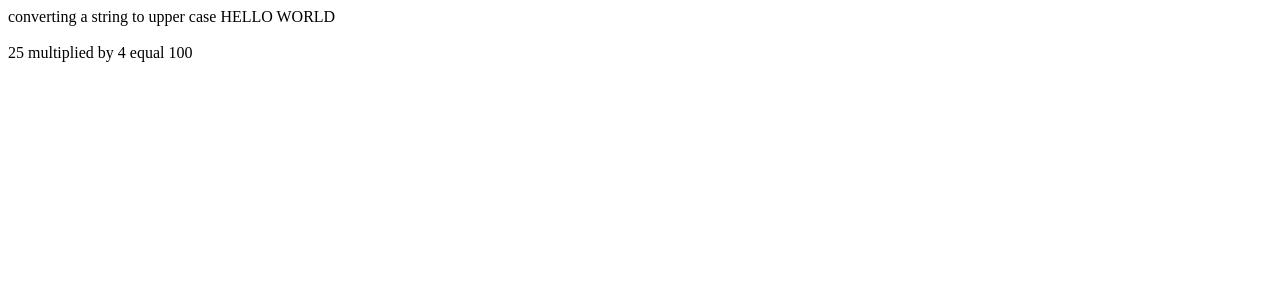
Repository: Ajinkya7777/Spring_Core
Page: http://localhost/jspdemo/expressiontest.jsp
The author's editor kept a copy of each file at every save. The page is drawn from the files as they stood at one save, then again after the next save.
The browser window is 1280 px wide. The pictures show the whole page.
The page is served by Tomcat 9. Other server files are loaded and not shown.

Above is the page before, as saved 2023-01-20 10:29:26.

### eclipse-workspace/jspdemo/WebContent/expressiontest.jsp
<%@ page language="java" contentType="text/html; charset=ISO-8859-1"
    pageEncoding="ISO-8859-1"%>
<!DOCTYPE html>
<html>
<head>
<meta charset="ISO-8859-1">
<title>Insert title here</title>
</head>
<body>

	converting a string to upper case <%= new String ("hello World").toUpperCase() %>

	<br><br>

	25 multiplied by 4 equal <%= 25*4 %>

</body>
</html>

After the next save:
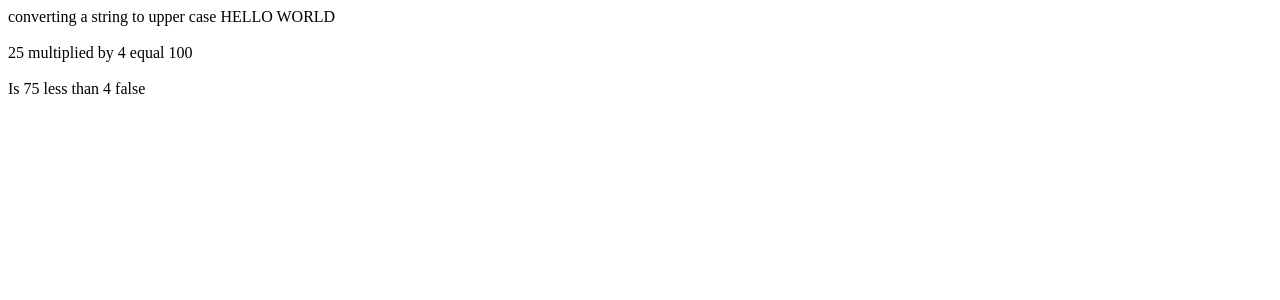
Saved 54 s later.
--- a/eclipse-workspace/jspdemo/WebContent/expressiontest.jsp
+++ b/eclipse-workspace/jspdemo/WebContent/expressiontest.jsp
@@ -13,6 +13,9 @@
 	<br><br>
 
 	25 multiplied by 4 equal <%= 25*4 %>
+	<br><br>
+
+	Is 75 less than 4 <%= 75<4 %>
 
 </body>
 </html>
